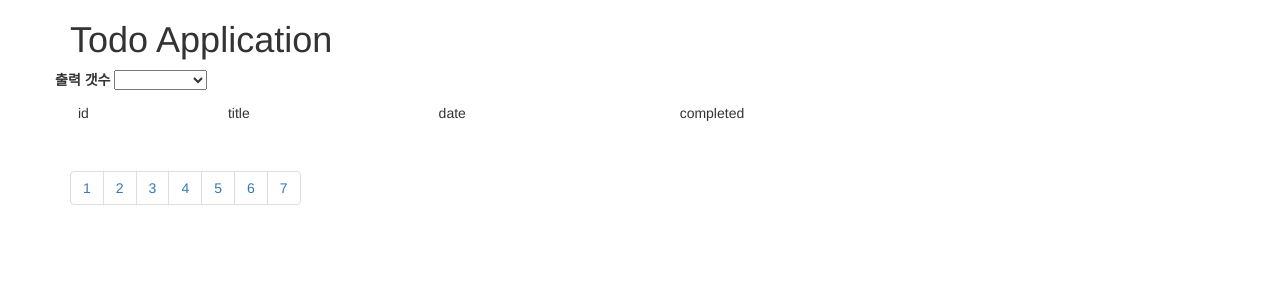
Repository: 92Hjun/spring
Page: http://localhost/spring-angular/home
The author's editor kept a copy of each file at every save. The page is drawn from the files as they stood at one save, then again after the next save.
The browser window is 1280 px wide. The pictures show the whole page.
The page is served by Tomcat 9. Other server files are loaded and not shown. Queries for data that is not in the repository find no rows.

Above is the page before, as saved 2017-05-02 05:39:16.

### spring-angular/src/main/webapp/WEB-INF/views/home.jsp
<%@ page language="java" contentType="text/html; charset=UTF-8"
    pageEncoding="UTF-8"%>
<!DOCTYPE html>
<html ng-app="todoApp">
<head>
<meta charset="UTF-8">
<link rel="stylesheet" href="resources/bootstrap/bootstrap.min.css">
<script type="text/javascript" src="resources/angular/angular.min.js"></script>
<title>Todo Application</title>
<script type="text/javascript">
	var todoApp = angular.module('todoApp', []);

	// 컨트롤러가 사용하는 공통기능이 정의되어 있는 서비스(Service)
	// 주로 서버와의 ajax 통신을 통한 데이터교환이 정의되어 있다.
	// 서비스는 싱글턴이다.
	todoApp.factory("TodoService", function($http){
		return {
			// 서버에서 모든 todo를 가져오는 기능
			getAllTodos:function(){
				return $http.get("todos/").then(function(response){
					return response.data;
				});
			},
			removeTodo:function(id){

			},
			getTodo:function(id){

			},
			saveTodo:function(todo){

			},
			updateTodo:function(todo){

			}

		}

	});

	// todo를 제어와 관련된 속성, 기능을 정의해놓은 컨트롤러
	// 화면 및 사용자와 상호작용한다.
	todoApp.controller("todoCtrl", function($scope, TodoService){
		// 화면에 표시할 할일 목록
		$scope.todoList = [];

		$scope.currentPage = 1;

		$scope.pageSize = 5;

		$scope.getTodoList = function(){
			TodoService.getAllTodos().then(function(data){
				$scope.todoList = data;
			});
		}

		$scope.getActiveClass = function(pageNo){
			return $scope.currentPage == pageNo ? "btn-primary" : "";
		}

		$scope.setCurrentPage = function(pageNo){
			$scope.currentPage = pageNo;
		}

		$scope.getTodoList();

	});

	// <tr ng-repeat="todo in todoList | range:1:5">
	todoApp.filter("range", function(){
		return function(data, page, size){
			var start_index = (page-1)*size;
			var end_index = page*size;

			return data.slice(start_index, end_index);
		}
	});

	/*
		간단한 디렉티브
	todoApp.directive("navi", function(){
		return function(scope, element, attrs){

		}
	});

	 */
	// 디렉티브 정의하기
	todoApp.directive("navi", function(){
		return {
			scope: {
				records:"@records"
			},
			restrict:"EA", // <navi /> <div navi> </div>
			template : "<ul class='pagination'><li ng-repeat='page in pages'><a>{{page+1}}</a></li></ul>",
			link:function(scope, element, attrs){
				var result = [];
				for (var i=0; i<7; i++){
					result.push(i);
				}
	 			scope.pages = result;
			}
		}
	});


	/*
	todoApp.filter("navi", function(){
		return function(data, size){
			var result = [];
			for (var i=0; i<Math.ceil(data.length/size); i++){
				result.push(i);
			}
			return result;
		}
	}); */
</script>
</head>
<body>
	<div class="container" ng-controller="todoCtrl">
		<h1>Todo Application</h1>

		<div class="row">
			<label>출력 갯수</label>
			<select ng-model="pageSize">
				<option value="5"> 5개씩 보기 </option>
				<option value="10"> 10개씩 보기 </option>
				<option value="20"> 20개씩 보기 </option>
			</select>
		</div>

		<table class="table">
			<thead>
				<tr>
					<td>id</td>
					<td>title</td>
					<td>date</td>
					<td>completed</td>
					<td></td>
				</tr>
			</thead>
			<tbody>
				<tr ng-repeat="todo in todoList | range:currentPage:pageSize">
					<td>{{todo.id}}</td>
					<td>{{todo.title}}</td>
					<td>{{todo.eventDate}}</td>
					<td>{{todo.completed}}</td>
					<td></td>
				</tr>
			</tbody>
		</table>
		<!-- 페이지 네이션 -->
		<div navi records="{{todo.length}}">

		</div>
		<!--
		<div class="row text-right">
			<div class="btn-group">
				<a ng-repeat="page in todoList | navi:pageSize" ng-click="setCurrentPage(page+1)" ng-class="getActiveClass(page+1)" class="btn btn-default">{{page+1}}</a>
			</div>
		</div>
		 -->
	</div>
</body>
</html>

### spring-angular/src/main/java/kr/co/jhta/dao/TodoImple.java
package kr.co.jhta.dao;

import java.sql.ResultSet;
import java.sql.SQLException;
import java.util.List;
import java.util.concurrent.atomic.AtomicInteger;

import org.springframework.beans.factory.annotation.Autowired;
import org.springframework.jdbc.core.JdbcTemplate;
import org.springframework.jdbc.core.RowMapper;
import org.springframework.stereotype.Repository;

import kr.co.jhta.model.Todo;

@Repository
public class TodoImple implements TodoDao {

	private static final String INSERT_TODO_SQL = "insert into tb_todo(id, title, description, event_date, completed) values(?, ?, ?, ?, ?)";
	private static final String SELECT_TODO_SQL = "select * from tb_todo where id = ?";
	private static final String SELECT_ALL_TODO_SQL = "select * from tb_todo order by id";
	private static final String DELETE_TODO_SQL = "delete from tb_todo where id = ?";
	private static final String UPDATE_TODO_SQL = "update tb_todo set title=?, description=?, event_date =?, completed = ? where id = ?";
	private static AtomicInteger counter = new AtomicInteger(100);


	@Autowired
	private JdbcTemplate template;

	@Override
	public Integer getSequence() {
		return counter.getAndIncrement();
	}

	@Override
	public void saveTodo(Todo todo) {
		template.update(INSERT_TODO_SQL, todo.getId(), todo.getTitle(), todo.getDescription(), todo.getEventDate(), todo.isCompleted());
	}

	@Override
	public Todo getTodoById(Integer id) {
		return template.queryForObject(SELECT_TODO_SQL, new RowMapper<Todo>() {
			@Override
			public Todo mapRow(ResultSet rs, int rowNum) throws SQLException {
				Todo todo = new Todo();
				todo.setId(rs.getInt("id"));
				todo.setTitle(rs.getString("title"));
				todo.setDescription(rs.getString("description"));
				todo.setEventDate(rs.getDate("event_date"));
				todo.setCompleted(rs.getBoolean("completed"));
				return todo;
			}
		}, id);
	}

	@Override
	public List<Todo> getAllTodos() {
		return template.query(SELECT_ALL_TODO_SQL, new RowMapper<Todo>() {
			@Override
			public Todo mapRow(ResultSet rs, int rowNum) throws SQLException {
				Todo todo = new Todo();
				todo.setId(rs.getInt("id"));
				todo.setTitle(rs.getString("title"));
				todo.setDescription(rs.getString("description"));
				todo.setEventDate(rs.getDate("event_date"));
				todo.setCompleted(rs.getBoolean("completed"));
				return todo;
			}
		});
	}

	@Override
	public void deleteTodoById(Integer id) {
		template.update(DELETE_TODO_SQL, id);
	}

	@Override
	public void updateTodo(Todo todo) {
		template.update(UPDATE_TODO_SQL, todo.getTitle(), todo.getDescription(), todo.getEventDate(), todo.isCompleted(), todo.getId());
	}


}

Loaded but not shown: spring-angular/src/main/webapp/resources/bootstrap/bootstrap.min.css (library); spring-angular/src/main/webapp/resources/angular/angular.min.js (library)

After the next save:
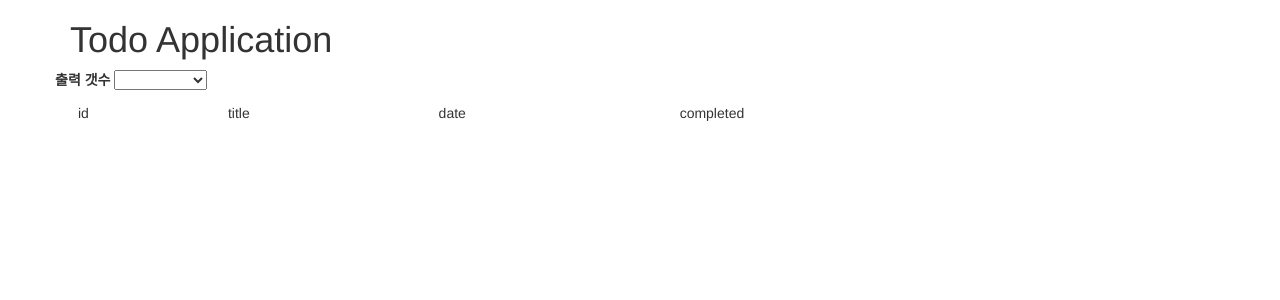
Saved 40 s later.
--- a/spring-angular/src/main/webapp/WEB-INF/views/home.jsp
+++ b/spring-angular/src/main/webapp/WEB-INF/views/home.jsp
@@ -95,7 +95,7 @@
 			template : "<ul class='pagination'><li ng-repeat='page in pages'><a>{{page+1}}</a></li></ul>",
 			link:function(scope, element, attrs){
 				var result = [];
-				for (var i=0; i<7; i++){
+				for (var i=0; i<scope.records/5; i++){
 					result.push(i);
 				}
 	 			scope.pages = result;
